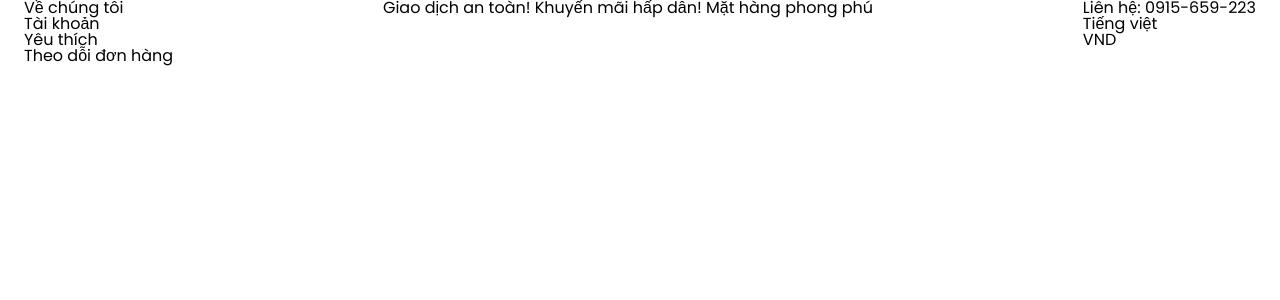
Repository: DucNghia2004/project_pro_01
Page: index.html
An editor plug-in stored every save of this project. The page is shown before and after the next save, followed by the edit.
The browser window is 1280 px wide. The pictures show the whole page.

Above is the page before, as saved 2024-05-25 21:45:58.

After the next save:
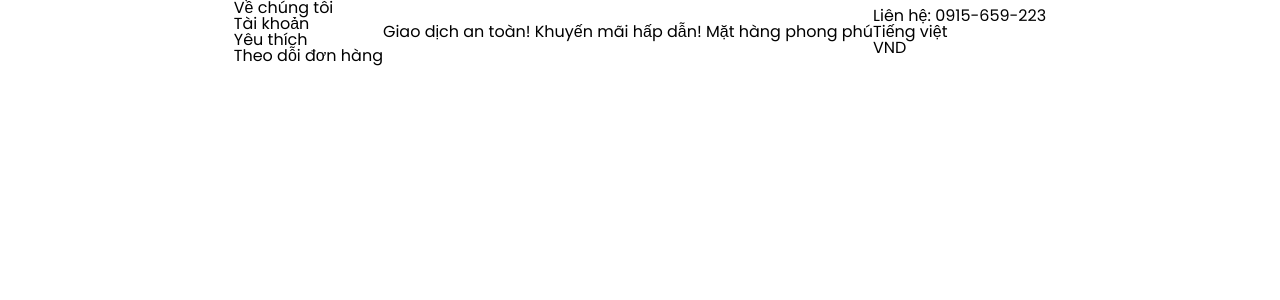
Saved 18 s later.
--- a/assets/css/styles.css
+++ b/assets/css/styles.css
@@ -28,5 +28,6 @@ button {
 /* header__top */
 .header--top {
     display: flex;
-    justify-content: space-between;
+    align-items: center;
+    justify-content: center;
 }
